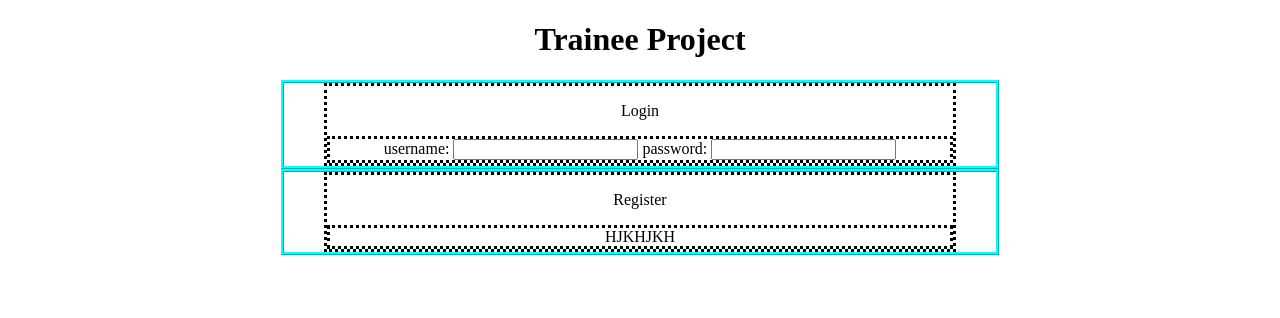
Repository: LsCodeMaster/Training
Page: Trainee/WebContent/trainee.html
An editor plug-in stored every save of this project. The page is shown before and after the next save, followed by the edit.
The browser window is 1280 px wide. The pictures show the whole page.

Above is the page before, as saved 2015-09-15 10:30:56.

### Trainee/WebContent/trainee.html
<!DOCTYPE html>
<html>
<head>
<meta charset="ISO-8859-1">
<title>Trainee Project</title>
<link type = "text/css" href="css/style.css" rel="stylesheet">
</head>
<body>
	<h1>Trainee Project</h1>
	<div class="centeredBox">
		<div>
			<p>Login</p>
			<div class="center">
				<form>
					username: <input type="text">
					password: <input type="password">
				</form>
			</div>
		</div>
	</div>
	<div class="centeredBox">
		<div>
			<p>Register</p>
			<div class="center">
					HJKHJKH
			</div>
		</div>
	</div>
</body>
</html>

### Trainee/WebContent/css/style.css
.centeredBox{
    margin: auto;
	border-style: ridge;
	border-color: aqua;
	width: 50%;
	padding: 40 px;
	padding-left: 40px;
	padding-right: 40px;
}
.centeredBox div{
	border-style: dotted;
	text-align: center;
}
.loginType{
	width: 25%;
}
.loginInfo{
	width:75%;
}
h1{
    text-align: center;
}
.border{
	border-style: dotted;
}

After the next save:
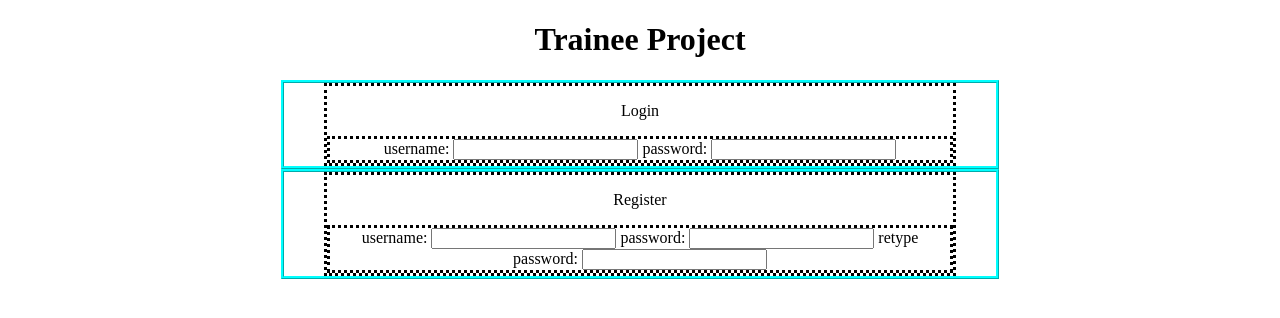
Saved 42 s later.
--- a/Trainee/WebContent/trainee.html
+++ b/Trainee/WebContent/trainee.html
@@ -22,7 +22,11 @@
 		<div>
 			<p>Register</p>
 			<div class="center">
-					HJKHJKH
+				<form>
+					username: <input type="text">
+					password: <input type="password">
+					retype password: <input type="password">
+				</form>
 			</div>
 		</div>
 	</div>
